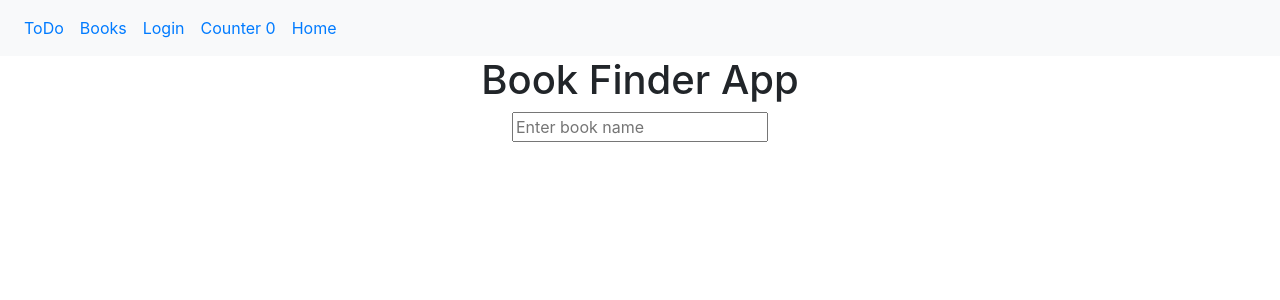
Repository: omniabadry/react-test
Page: /Home
These files come from the project's save history. The page is drawn as it stood at one moment and after the next save; the edit follows.
The browser window is 1280 px wide. The pictures show the whole page.
The page's requests for data from a server got no answer. The project was rebuilt for these pictures with package versions that can differ from the ones it lists, and the page was loaded fresh each time. No one was signed in, and anything a server would have sent is missing.

Above is the page before, as saved 2021-02-10 17:11:48.

After the next save:
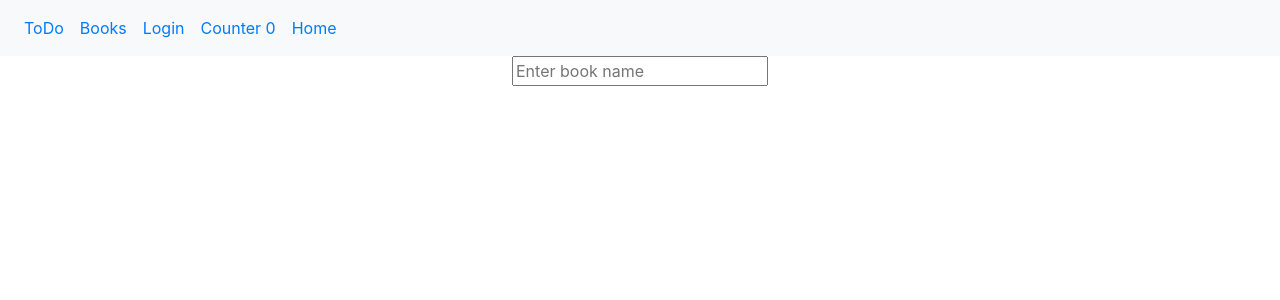
Saved 32 s later.
--- a/src/components/home.js
+++ b/src/components/home.js
@@ -49,7 +49,6 @@ export default function Home() {
         return (
             <>
                 <div className="container" style={{ textAlign: "center" }}>
-                    <h1>Book Finder App</h1>
                     <input type="text" name="search" id="search" placeholder="Enter book name" />
                     <div className="books col-12">
                         {getCards()}
